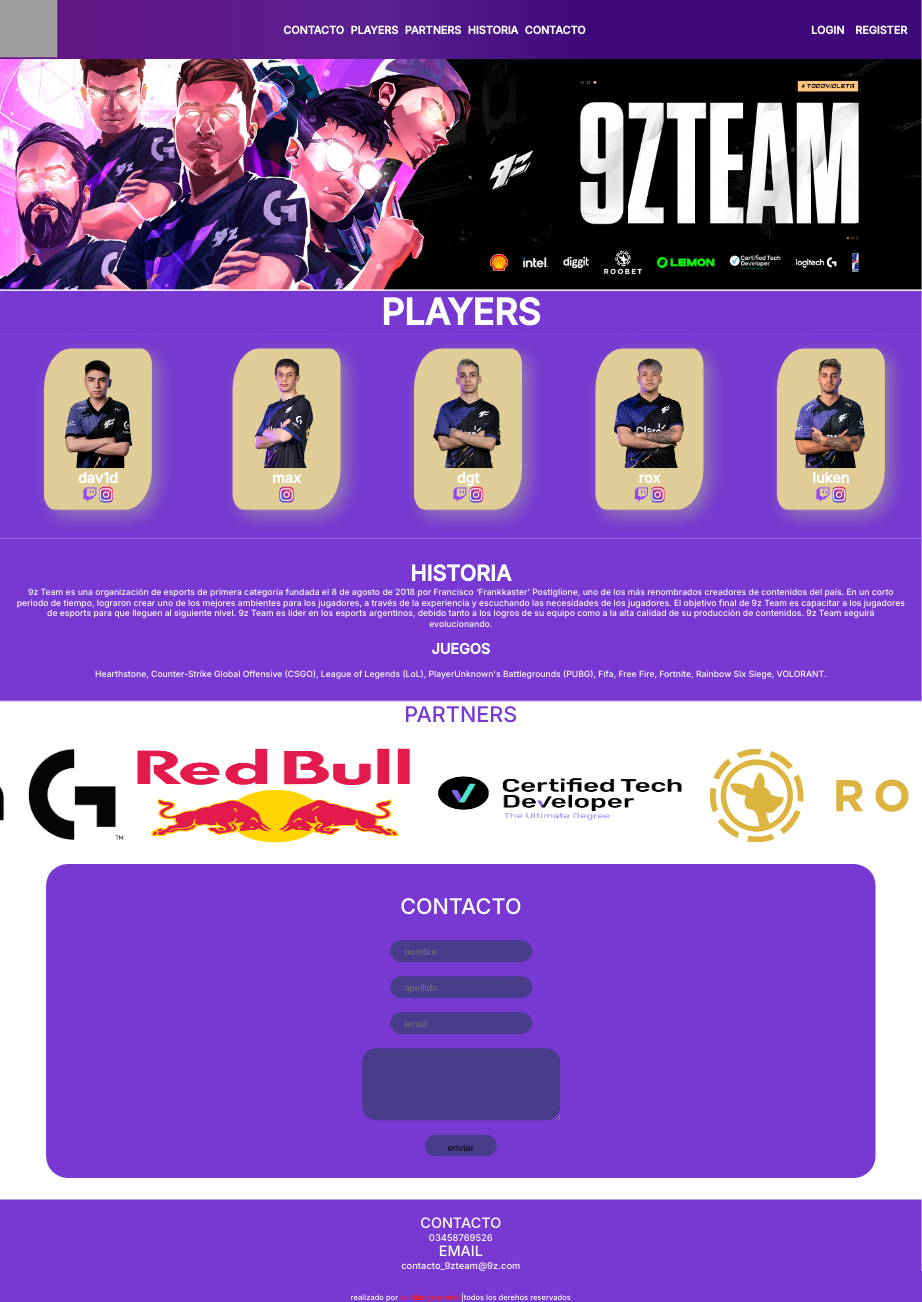
Repository: santig20/trabajo-practico-integrador-nuncba-html-css-
Page: index.html
The author's editor kept a copy of each file at every save. The page is drawn from the files as they stood at one save, then again after the next save.
The browser window is 1280 px wide. The pictures show the whole page, at 72% of full size.
Pictures or frames that could not be fetched are drawn as grey boxes. Some web libraries are served in a nearby version.

Above is the page before, as saved 2022-06-25 00:10:17.

After the next save:
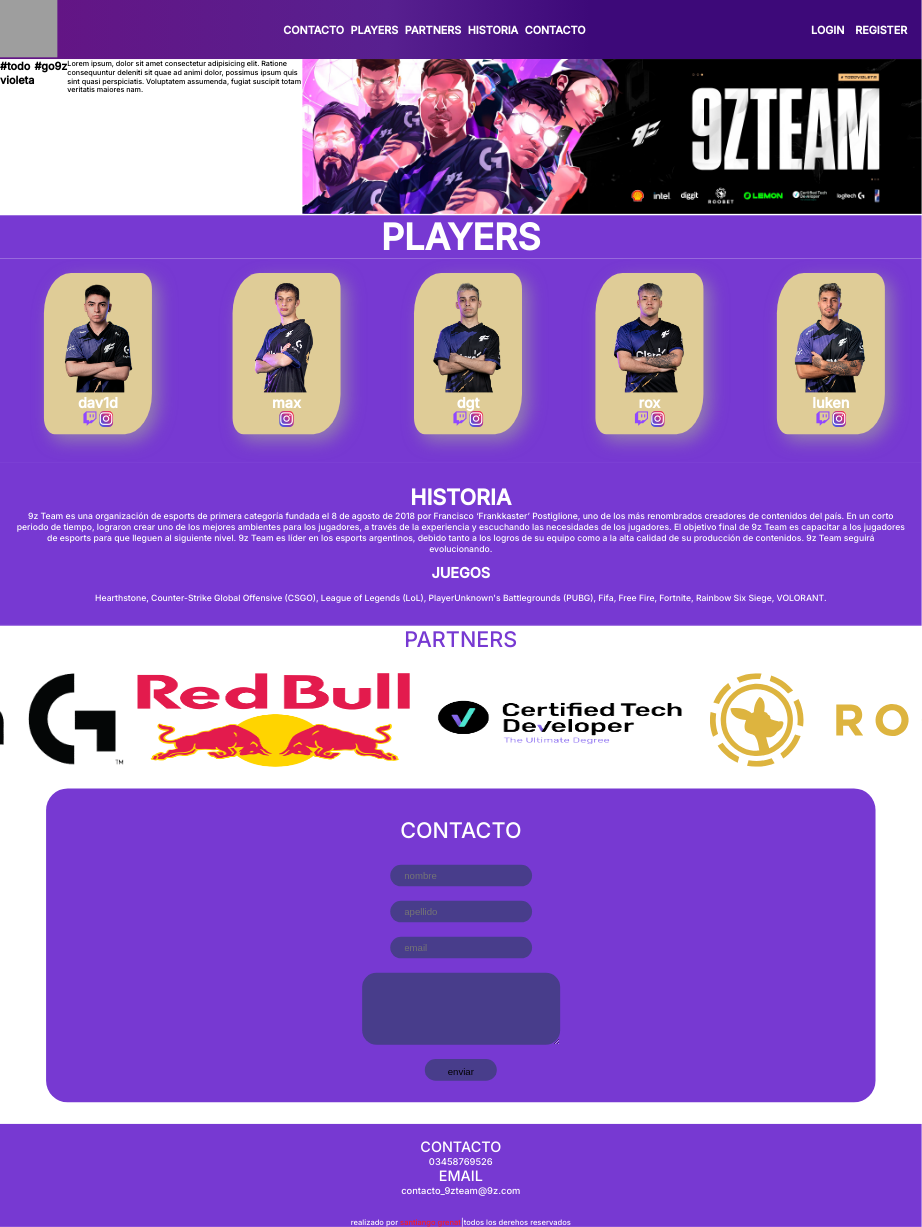
Saved 4 s later.
--- a/desktop.css
+++ b/desktop.css
@@ -14,6 +14,6 @@
     .hero_section {
         display: flex;
     }
-    .texto {
+    .texto_hero {
         display: contents;
     }
